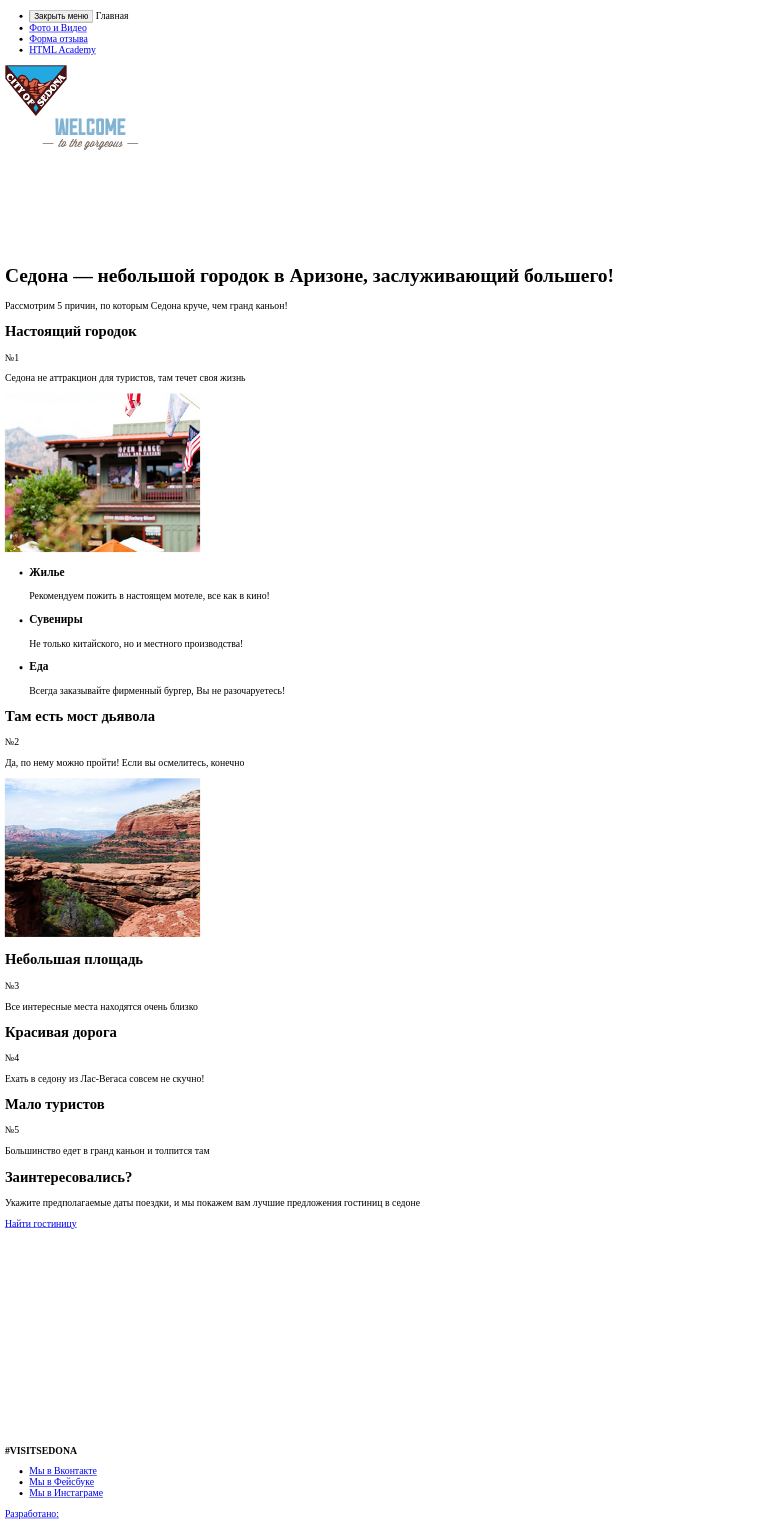
Repository: igorkrs/1076625-sedona-17
Page: source/index.html
These files come from the project's save history. The page is drawn as it stood at one moment and after the next save; the edit follows.
The browser window is 1280 px wide. The pictures show the whole page, at 61% of full size.
Pictures or frames that could not be fetched are drawn as grey boxes.

Above is the page before, as saved 2019-07-29 19:05:55.

### source/index.html
<!DOCTYPE html>
<html lang="ru">

<head>
  <meta charset="utf-8">
  <title>HTML Academy: Седона</title>
  <link rel="shortcut icon" href="img/favicon.png" type="image/x-icon">
</head>

<body>
  <header class="page-header">
    <nav class="main-nav">
      <div class="main-nav__wrapper">
        <ul class="main-nav__list site-list">
          <li class="site-list__item site-list__item--active">
            <button class="main-nav__close" type="button">Закрыть меню</button>
            <a>Главная</a>
          </li>
          <li class="site-list__item">
            <a href="photo.html">Фото и Видео</a>
          </li>
          <li class="site-list__item">
            <a href="form.html">Форма отзыва</a>
          </li>
          <li class="site-list__item">
            <a href="#">HTML Academy</a>
          </li>
        </ul>
        <a class="page-header__logo">
          <img src="img/logo-sedona-mobile.svg" width="102px" height="83px" alt="Седона"
            class="page-header__logo-image">
        </a>
    </nav>
  </header>
  <main class="page-main">
    <div class="main-photo">
      <img src="img/text-sedona-index.svg" width="281px" height="214px" alt="Welcome to sedona"
        class="main-photo__item">
    </div>
    <h1 class="page-title">Седона — небольшой городок в Аризоне, заслуживающий большего!</h1>
    <p class="page-intro">Рассмотрим 5 причин, по которым Седона круче, чем гранд каньон!</p>
    <section class="advantages">
      <div class="advantages__item">
        <h2 class="advantages__title">Настоящий городок</h2>
        <span class="advantages__number">№1</span>
        <p class="advantages__description">Седона не аттракцион для туристов, там течет своя жизнь</p>
        <img src="img/main-city-mobile@1x.jpg" width="320px" height="260px" alt="Фото города" class="advantages__photo">
      </div>
      <ul class="advantages__goods-list">
        <li class="advantages__goods-item">
          <h3 class="advantages__goods-title">Жилье</h3>
          <p class="advantages__goods-description">Рекомендуем пожить в настоящем мотеле, все как в кино!</p>
        </li>
        <li class="advantages__goods-item">
          <h3 class="advantages__goods-title">Сувениры</h3>
          <p class="advantages__goods-description">Не только китайского, но и местного производства!</p>
        </li>
        <li class="advantages__goods-item">
          <h3 class="advantages__goods-title">Еда</h3>
          <p class="advantages__goods-description">Всегда заказывайте фирменный бургер, Вы не разочаруетесь!</p>
        </li>
      </ul>
      <div class="advantages__item">
        <h2 class="advantages__title">Там есть мост дьявола</h2>
        <span class="advantages__number">№2</span>
        <p class="advantages__description">Да, по нему можно пройти! Если вы осмелитесь, конечно</p>
        <img src="img/photo-bridge-mobile@1x.jpg" width="320px" height="260px" alt="Фото города"
          class="advantages__photo">
      </div>
      <div class="advantages__item">
        <h2 class="advantages__title">Небольшая площадь</h2>
        <span class="advantages__number">№3</span>
        <p class="advantages__description">Все интересные места находятся очень близко</p>
      </div>
      <div class="advantages__item">
        <h2 class="advantages__title">Красивая дорога</h2>
        <span class="advantages__number">№4</span>
        <p class="advantages__description">Ехать в седону из Лас-Вегаса совсем не скучно!</p>
      </div>
      <div class="advantages__item">
        <h2 class="advantages__title">Мало туристов</h2>
        <span class="advantages__number">№5</span>
        <p class="advantages__description">Большинство едет в гранд каньон и толпится там</p>
      </div>
    </section>
    <div class="hotels">
      <h2 class="hotels__title">Заинтересовались?</h2>
      <p class="hotels__text">Укажите предполагаемые даты поездки, и мы покажем вам лучшие предложения гостиниц в седоне
      </p>
      <a href="#" class="hotels__button">Найти гостиницу</a>
    </div>
    <div class="map-containter">
      <iframe
        src="https://www.google.com/maps/embed?pb=!1m18!1m12!1m3!1d419153.91107115225!2d-111.97675671093218!3d34.84014462885027!2m3!1f0!2f0!3f0!3m2!1i1024!2i768!4f13.1!3m3!1m2!1s0x872da132f942b00d%3A0x5548c523fa6c8efd!2z0KHQtdC00L7QvdCwLCDQkNGA0LjQt9C-0L3QsCA4NjMzNiwg0KHQqNCQ!5e0!3m2!1sru!2sru!4v1564415831662!5m2!1sru!2sru"
        width="320" height="350" frameborder="0" style="border:0" allowfullscreen></iframe>
    </div>
  </main>
  <footer class="page-footer">
    <div class="page-footer__wrapper">
      <b class="page-footer__title">#VISITSEDONA</b>
      <div class="page-footer__social social">
        <ul class="social__list">
          <li class="social__item">
            <a class="social__link social__link--vkontakte" href="https://vk.com/htmlacademy">Мы в Вконтакте</a>
          </li>
          <li class="social__item">
            <a class="social__link social__link--facebook" href="https://www.facebook.com/htmlacademy">Мы в Фейсбуке</a>
          </li>
          <li class="social__item">
            <a class="social__link social__link--instagram" href="https://www.instagram.com/htmlacademy">Мы в
              Инстаграме</a>
          </li>
        </ul>
      </div>
      <div class="page-footer__copyright copyright">
        <a class="button copyright__link" href="https://htmlacademy.ru/intensive/adaptive">Разработано:</a>
      </div>
    </div>
  </footer>
</body>

</html>

After the next save:
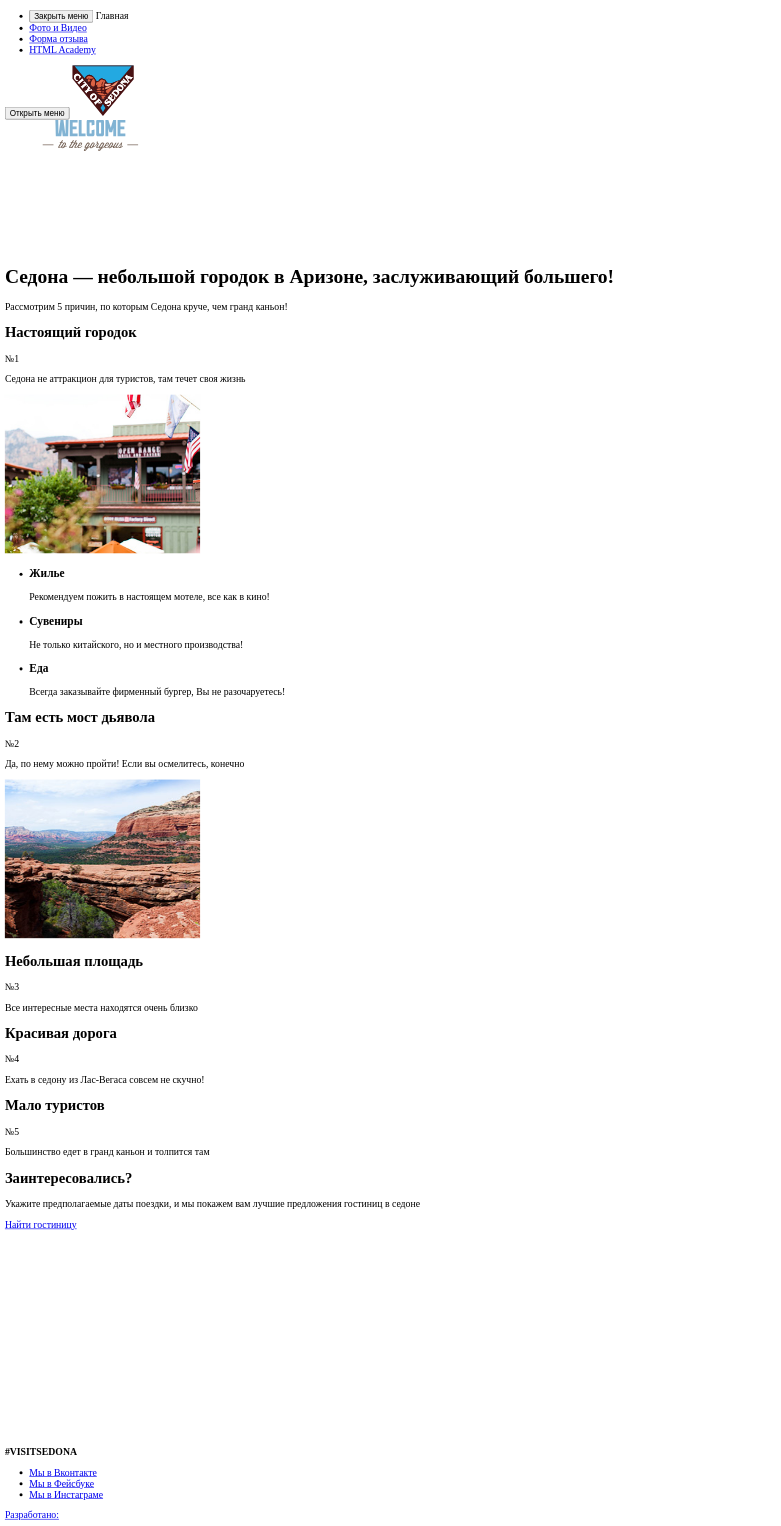
Saved 5 s later.
--- a/source/index.html
+++ b/source/index.html
@@ -26,6 +26,7 @@
             <a href="#">HTML Academy</a>
           </li>
         </ul>
+        <button class="main-nav__toggle" type="button">Открыть меню</button>
         <a class="page-header__logo">
           <img src="img/logo-sedona-mobile.svg" width="102px" height="83px" alt="Седона"
             class="page-header__logo-image">
